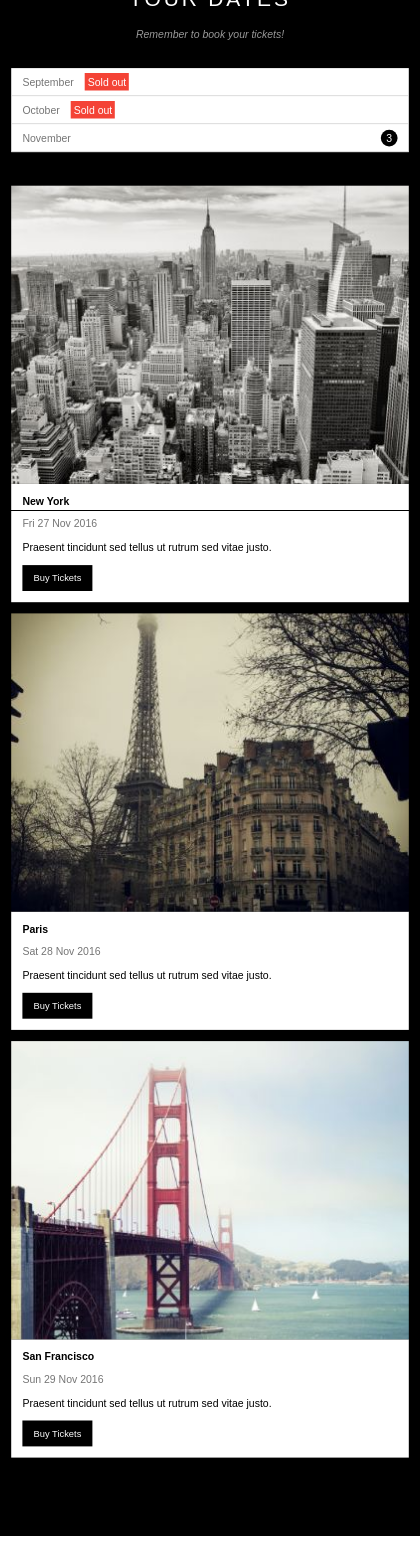
Repository: maivannhan1998/git-w3band
Page: index.html
These files come from the project's save history. The page is drawn as it stood at one moment and after the next save; the edit follows.
The browser window is 600 px wide. The pictures show the part of the page from y = 2175 to 4415 px (the page is 5319 px tall before and 5303 px after), at 70% of full size.

Above is the page before, as saved 2021-09-11 10:31:57.

### index.html

<!DOCTYPE html>
<html lang="en">
<head>
    <meta charset="UTF-8">
    <meta http-equiv="X-UA-Compatible" content="IE=edge">
    <meta name="viewport" content="width=device-width, initial-scale=1.0">
    <title>Document</title>
    <link rel="stylesheet" href="./asset/css/style.css">
    <link rel="stylesheet" href="./asset/css/responsive.css">
    <link rel="stylesheet" href="./asset/fontss/themify-icons/themify-icons.css">
</head>
<body>
    <div id="main">
        <div id="header">
            <!-- Begin: nav -->
            <ul id="nav">
                <li><a href="#">Home</a></li>
                <li><a href="#tour">Tour</a></li>
                <li><a href="#band">Band</a></li>
                <li><a href="#contact">Contact</a></li>
                <li><a href="#">
                    More
                    <i class="nav-arrow-down ti-angle-down"></i>
                </a>
                    <ul class="subnav">
                        <li><a href="#">Merchandise</a></li>
                        <li><a href="#">Extras</a></li>
                        <li><a href="#">Media</a></li>
                    </ul>
                </li>
            </ul>
            <!-- End: nav -->

            <!-- Begin: Search button -->
            <div class="search-btn">
                <i class="search-icon ti-search"></i>
            </div>

            <div id="mobile-menu" class="mobile-menu-btn">
                <i class="menu-icon ti-menu"></i>
            </div>
            <!-- End: Search button -->


        </div>

        <div id="slider">
            <div class="text-content">
                <h2 class="text-heading">New York</h2>
                <div class="text-des">The atmosphere in New York is lorem ipsum.</div>
            </div>
        </div>

        <div id="content">
            <!-- About section -->
            <div id="band" class="content-section">
                <h2 class="heading-section">THE BAND</h2>
                <p class="heading-sub-section">We love music</p>
                <p class="about-text">We have created a fictional band website. Lorem ipsum dolor sit amet, consectetur adipiscing elit, sed do eiusmod tempor incididunt ut labore et dolore magna aliqua. Ut enim ad minim veniam, quis nostrud exercitation ullamco laboris nisi ut aliquip ex ea commodo consequat. Duis aute irure dolor in reprehenderit in voluptate velit esse cillum dolore eu fugiat nulla pariatur. Excepteur sint occaecat cupidatat non proident, sunt in culpa qui officia deserunt mollit anim id est laborum consectetur adipiscing elit, sed do eiusmod tempor incididunt ut labore et dolore magna aliqua. Ut enim ad minim veniam, quis nostrud exercitation ullamco laboris nisi ut aliquip ex ea commodo consequat.</p>
                <div class="row members-list">
                    <div class="member-item col col-third text-center">
                         <p class="member-name">Name</p>
                         <img src="./asset/img/band/member1.jpg" alt="Name" class="member-img">
                    </div>
                    <div class="member-item col col-third text-center">
                        <p class="member-name">Name</p>
                        <img src="./asset/img/band/member1.jpg" alt="Name" class="member-img">
                   </div>
                   <div class="member-item col col-third text-center">
                        <p class="member-name">Name</p>
                        <img src="./asset/img/band/member1.jpg" alt="Name" class="member-img">
                    </div>


                </div>
            </div>

            <!--Tour section  -->
            <div id="tour" class="tour-section">

                <div class="content-section">
                    <h2 class="heading-section text-white">TOUR DATES</h2>
                    <p class="heading-sub-section text-white">Remember to book your tickets!</p>
                    <ul class="tickets-list">
                        <li>September<span class="sold-out">Sold out</span></li>
                        <li>October<span class="sold-out">Sold out</span></li>
                        <li>November<span class="quanity">3</span></li>
                    </ul>

                    <!-- Place section -->
                    <div class="row places-list">
                        <div class="place-item col col-third ">
                            <img src="./asset/img/places/newyork.jpg" alt="New York" class="place-img">
                            <div class="place-content">
                                <h3 class="place-heading">New York</h3>
                                <p class="place-time">Fri 27 Nov 2016</p>
                                <p class="place-des">Praesent tincidunt sed tellus ut rutrum sed vitae justo.</p>
                                <button class="place-buy-btn js-buy-ticket">Buy Tickets</button>
                            </div>
                        </div>

                        <div class=" place-item col col-third ">
                            <img src="./asset/img/places/paris.jpg" alt="Paris" class="place-img">
                            <div class="place-content">
                                <h3 class="place-heading">Paris</h3>
                                <p class="place-time">Sat 28 Nov 2016</p>
                                <p class="place-des">Praesent tincidunt sed tellus ut rutrum sed vitae justo.</p>
                                <button class="place-buy-btn js-buy-ticket">Buy Tickets</button>
                            </div>
                        </div>

                        <div class=" place-item col col-third ">
                            <img src="./asset/img/places/sanfran.jpg" alt="San Francisco" class="place-img">
                            <div class="place-content">
                                <h3 class="place-heading">San Francisco</h3>
                                <p class="place-time">Sun 29 Nov 2016</p>
                                <p class="place-des">Praesent tincidunt sed tellus ut rutrum sed vitae justo.</p>
                                <button class="place-buy-btn js-buy-ticket">Buy Tickets</button>
                            </div>
                        </div>


                    </div>
                </div>


            </div>

            <!-- Contact section -->

            <div id="contact" class="content-section">
                <h2 class="heading-section">CONTACT</h2>
                <p class="heading-sub-section">Fan? Drop a note!</p>


                <div class="row contact-content">
                    <div class="col col-half contact-info">
                           <p><i class="ti-location-pin"></i>Chicago, US</p>
                           <p><i class="ti-mobile"></i>Phone: +00 151515</p>
                           <p><i class="ti-email"></i>Email: mail@mail.com</p>
                    </div>
                    <div class="col col-half contact-form">
                        <form action="">
                            <div class="row">
                                   <div class="col col-half">
                                       <input type="text" name="" placeholder="Name" required  id="contact-name" class="form-control">
                                   </div>
                                   <div class="col col-half">
                                       <input type="email" name="" placeholder="Email" required id="contact-email" class="form-control">
                                   </div>
                                   <!-- <div class="clear"></div> -->
                            </div>
                            <div class="row mt-8">
                               <div class="col col-full">
                                   <input type="text" name="" placeholder="Message" id="contact-message" required class="form-control">
                               </div>
                            </div>
                            <input class="form-submit-btn mt-16" type="submit" value="SEND">

                        </form>
                    </div>
                </div>
            </div>

            <!-- End contact section -->

            <div class="map-section">
                <img src="./asset/img/map.jpg" alt="Map">
            </div>



        </div>

        <div id="footer">
            <div class="social-list">
                <a href=""><i class="ti-facebook"></i></a>
                <a href=""><i class="ti-instagram"></i></a>
                <a href=""><i class="ti-github"></i></a>
                <a href=""><i class="ti-pinterest"></i></a>
                <a href=""><i class="ti-twitter"></i></a>
                <a href=""><i class="ti-linkedin"></i></a>
            </div>
            <p class="copyright">Powered by <a href="">w3.css</a></p>
        </div>
    </div>

    <div class="modal js-modal">
        <div class= "modal-container js-modal-container">
            <div class="modal-close js-modal-close">
                <i class="ti-close"></i>
            </div>
            <header class="modal-header">
                <i class="modal-tibag-icon ti-bag"></i>
                Tickets
            </header>

            <div class="modal-body">
                <label for="ticket-quanity" class="modal-label">
                    <i class="ti-shopping-cart"></i>
                    Tickets, $15 per person
                </label>
                <input id="ticket-quanity" type="text" class="modal-input" placeholder="How many?">

                <label for="ticket-email" class="modal-label">
                    <i class="ti-user"></i>
                    Send to
                </label>
                <input id="ticket-email" type="email" class="modal-input" placeholder="Enter mail...">

                <button id="buy-tickets">
                    Pay <i class="ti-check"></i>
                </button>


            </div>

            <footer class="modal-footer">
                <p class="modal-help">Need <a href="">help?</a></p>
            </footer>
        </div>
    </div>

 <script>
        const buyBtns = document.querySelectorAll('.js-buy-ticket')
        const modal = document.querySelector('.js-modal')
        const modalContainer = document.querySelector('.js-modal-container')
        const modalClose = document.querySelector('.js-modal-close')

        function showBuyTickets() {
            modal.classList.add('open')
        }
        function hiddenBuyTickets() {
            modal.classList.remove('open')
        }

        for ( const buyBtn of buyBtns) {
            buyBtn.addEventListener('click', showBuyTickets )
        }

        modalClose.addEventListener('click', hiddenBuyTickets)

        modal.addEventListener('click', hiddenBuyTickets)

        modalContainer.addEventListener('click', function(event){
            event.stopPropagation()
        })

    </script>

    <script>
        var header = document.getElementById('header');
        var mobileMenu = document.getElementById('mobile-menu');
        var headerHeight = header.clientHeight;

        // Đóng/mở mobile menu
        mobileMenu.onclick = function () {
           var isClose = header.clientHeight === headerHeight;
           if (isClose) {
               header.style.height = 'auto';
           } else {
               header.style.height = null;
           }
        }
        //tự động đóng khi chọn menu
        var menuItems = document.querySelectorAll('#nav li a[href*="#"]')
        for(var i = 0; i < menuItems.length; i++) {
            var menuItem = menuItems[i];

            menuItem.onclick = function(event){
                var isParentMenu = this.nextElementSibling && this.nextElementSibling.classList.contains('subnav');
                if(isParentMenu) {
                    event.preventDefault();
                } else {
                    header.style.height = null;
                }
            }

        }
    </script>

</body>
</html>

### asset/css/style.css
/* Reset CSS*/
*{
    padding: 0;
    margin: 0;
    box-sizing: border-box;
}

/* common */

.row {
    margin-left: -8px;
    margin-right: -8px;
}

.row::after {
    content: "";
    display: block;
    clear: both;
}

.col {
    float: left;
    padding-left: 8px;
    padding-right: 8px;
}

.col-third {
    width: 33.33333%;
}

.col-half {
    width: 50%;
}

.col-full {
    width: 100%;
}

.text-center {
    text-align: center !important;
}

.clear {
    clear: both;
}

.text-white {
    color: #fff !important;
}

.mt-8 {
    margin-top: 8px;
}

.mt-16 {
    margin-top: 16px;
}

html{
    font-family: Arial, Helvetica, sans-serif;
    scroll-behavior: smooth;

}

#main{

}

#header{
    position: fixed;
    top: 0;
    left: 0;
    right: 0;
    height: 46px;
    background-color: #000;
    z-index: 1;

}

#nav {
    display: inline-block ;
}

#nav, .subnav {
    list-style-type: none;
}

#nav > li {
    display: inline-block;
}

#nav li{
    position: relative;

}

#nav > li > a {
    color: #fff;
    text-transform: uppercase;
}

#nav li a {
    padding: 0 24px;
    line-height: 46px;
    display: block;
    text-decoration: none;
}
#nav .subnav li:hover a,
#nav > li:hover > a {
    color: #000;
    background-color: #ccc;
}

#nav .subnav {
    display: none;
    position: absolute;
    top: 100%;
    left: 0;
    min-width: 160px;
    background-color: #fff;
    box-shadow: 0 0 10px rgba(0, 0, 0, 0.3);
}

#nav .subnav a {
    color: #000;
    padding: 0 12px;
    line-height: 38px;

}

#nav li:hover .subnav {
    display: block;
}

.nav-arrow-down {
    font-size: 14px;
}

#header .mobile-menu-btn {
    position: absolute;
    top: 0;
    right: 0;
    display: none;
}

#header .mobile-menu-btn,
#header .search-btn {
    float: right;
    padding: 0px 21px;
}

#header .mobile-menu-btn:hover {
    background-color: #ccc;
}

#header .mobile-menu-btn:hover .menu-icon {
    color: #000;
}

#header .search-btn:hover  {
    cursor: pointer;
    background-color: #f44336;
}
#header .menu-icon,
#header .search-icon {
    color: #fff;
    font-size: 20px;
    line-height: 46px;
}

#slider{
   margin-top: 45px;
   /* chỉ số % chiều ngang của chính nó (chiều cao lun bằng 1/2 chiều ngang) */
   position: relative;
   padding-top: 50%;
   background: url('../img/slider/slider1.jpg') top center / cover no-repeat;
}

#slider .text-content {
    position: absolute;
    bottom: 47px;
    color: #fff;
    width: 100%;
    /* left: 50%;
   transform: translateX(-50%); */
   text-align: center;

}

#slider .text-heading {
    font-weight: 500;
    font-size: 24px;
}

#slider .text-des {
    font-size: 15px;
    margin-top: 25px;
}

#content{

}

#content .content-section {
    width: 800px;
    padding: 64px 0 112px;
    margin-left: auto;
    margin-right: auto;
    /*responsive */
    max-width: 100%;
    padding-left: 16px;
    padding-right: 16px;

}

#content .heading-section {
    text-align: center;
    font-size: 30px;
    font-weight: 500;
    letter-spacing: 4px;
}

#content .heading-sub-section {
    text-align: center;
    font-size: 15px;
    margin-top: 25px;
    font-style: italic;
    opacity: 0.6;
}

#content .about-text {
    margin-top: 25px;
    text-align: justify;
    font-size: 15px;
    line-height: 1.5;
}

#content .members-list {
    margin-top: 48px;
}



#content .member-name {
    font-size: 15px;
}

#content .member-img {
    width: 154px;
    margin-top: 15px ;
    border-radius: 4px;

}

/* tour section */

.tour-section {
    background-color: #000;
}

.tickets-list {
    margin-top: 40px;
    list-style-type: none;
    background-color: #fff;

}

.tickets-list li {
    color: #757575;
    font-size: 15px;
    padding: 11px 16px;
    border-bottom: 1px solid #ccc;
}

.tickets-list .sold-out {
    color: #fff;
    background-color: #f44336;
    padding: 4px 4px;
    margin-left: 16px;
}

.tickets-list .quanity {
    float: right;
    color: #fff;
    background-color: #000;
    width: 24px;
    height: 24px;
    border-radius: 50%;
    text-align: center;
    margin-top: -3px;
    line-height: 24px;
}

.places-list {
    margin-top: 32px;

}

.place-img{
    width: 100%;
    display: block;
}

.place-img:hover {
    opacity: 0.6;
}

.place-content{
background-color: #fff;
padding: 16px;
font-size: 15px;
}

.place-heading{
    font-size: 15px;
}

.place-time{
    margin-top: 15px;
    color: #757575;
}

.place-des{
    margin: 15px 0;
    line-height: 1.4;
}

.place-buy-btn{
    color: #fff;
    background-color: #000;
    text-decoration: none;
    padding: 11px 16px;
    display: inline-block;
    border: none;
}

.place-buy-btn:hover {
    color: #000;
    background-color: #ccc;
}

/* contact form */

.contact-content {
    margin-top: 48px;
}

.contact-info {
    font-size: 18px;
}

.contact-info i[class*="ti-"]{
    width: 30px;
    display: inline-block;
    line-height: 1.5;
}

.contact-form {
    font-size: 15px;
}

.contact-form .form-control {
    padding: 10px;
    border: 1px solid #ccc;
    width: 100%;
}

.form-submit-btn {
    padding: 10px 16px;
    float: right;
    color: #fff;
    background: #000;
    border: none;
}

.form-submit-btn:hover {
    color: #000;
    background-color: #ccc;
}

.map-section img {
    width: 100%;
}

/* Footer section */

#footer{
    padding: 64px 16px;
    text-align: center;
}

#footer .social-list {
    font-size: 24px;
}

#footer .social-list a {
    color: rgba(0, 0, 0, 0.6);
    text-decoration: none;
}
#footer .copyright a:hover,
#footer .social-list a:hover {
    color: rgba(0, 0, 0, 0.4);
}
#footer .copyright a {
    margin-top: 15px;
    color: rgba(0, 0, 0, 0.6);
}

.modal {
    position: fixed;
    top: 0;
    left: 0;
    right: 0;
    bottom: 0;
    background-color: rgba(0, 0, 0, 0.4);
    align-items: center;
    justify-content: center;
    display: none;
}

.modal.open {
    display: flex;
}

.modal-container {
    background: #fff;
    width: 900px;
    max-width: calc(100% - 32px);
    min-height: 200px;
    position: relative;
    animation: mymove ease 0.5s;
}

.modal-header {
    display: flex;
    align-items: center;
    justify-content: center;
    font-size: 30px;
    color: #fff;
    background-color: #009688;
    min-height: 130px;
    letter-spacing: 4px;
}

.modal-tibag-icon {
    margin-right: 16px;
}

.modal-close {
    position: absolute;
    right: 0;
    top: 0;
    padding: 17px 15px;
    color: #fff;
    cursor: pointer;

}

.modal-close:hover {
    color: #000;
    background-color: #ccc;
}

.modal-body {
    padding: 16px;
}

.modal-label {
    display: block;
    font-size: 15px;
    margin-bottom: 12px;
}

.modal-input {
    border: 1px solid #ccc;
    padding: 11px;
    width: 100%;
    font-size: 15px;
    margin-bottom: 24px;
}

#buy-tickets {
    width: 100%;
    color: #fff;
    background-color: #009688;
    border: none;
    padding: 19px;
    text-transform: uppercase;
    font-size: 15px;
    cursor: pointer;
}

#buy-tickets:hover {
    color: #000;
    background-color: #ccc;
}

.modal-footer {
    padding: 16px;
    float: right;
    font-size: 15px;
}

.modal-footer a {
    color: #2196f3;
    cursor: pointer;
}

@keyframes mymove {
    from{
        transform: translateY(-140px);
        opacity: 0;
    }

    to{
        transform: translateY(0);
        opacity: 1;
    }


}

### asset/css/responsive.css
/* PC */
@media (min-width: 1024px) {

}

/* Tablet */
@media (min-width: 740px) and (max-width: 1023px) {

}

/* Mobile */
@media (max-width: 739px) {

   #header {
       overflow: hidden;
   }

    #header .mobile-menu-btn {
    display: block;
    }

    #header .search-btn {
        display: none;
    }

    #nav {
        display: block;
    }

    #nav .subnav {
        position: initial;
        background-color: #333;
    }

    #nav .subnav a {
        color: #fff;
        padding: 5px 41px;
    }

    #nav li {
        display: block;
    }

    #nav > li:first-child {
        display: inline-block;
    }

    #content .member-item {
        padding-top: 30px ;
        width: 100%;
    }

    #content .member-img {
        width: 60%;
    }

    #content .place-item {
        width: 100%;
        padding-top: 16px;
    }
}

Loaded but not shown: asset/fontss/themify-icons/themify-icons.css (common file)

After the next save:
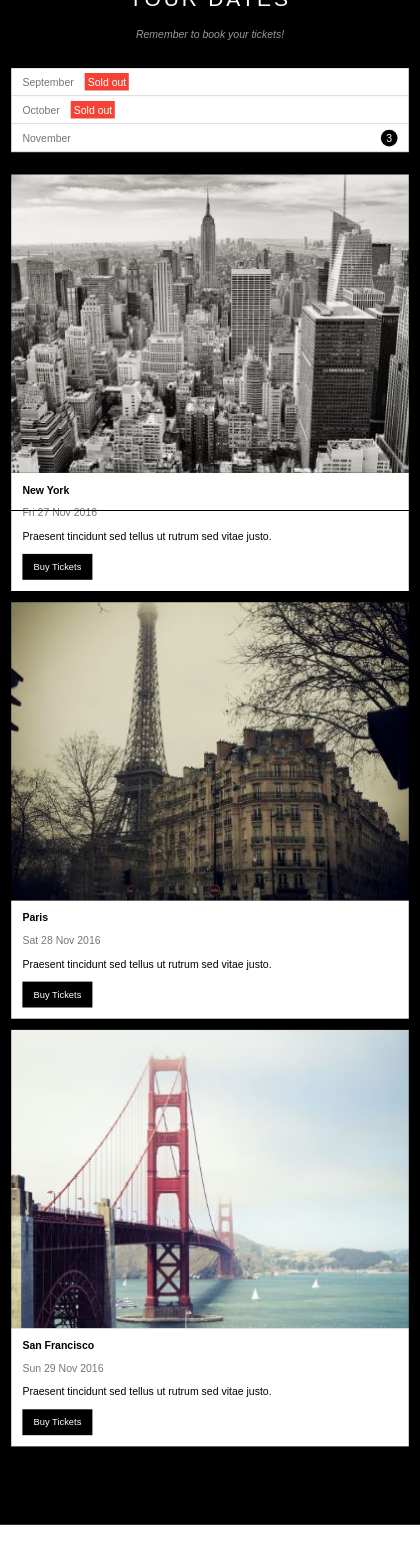
Saved 6 min 48 s later.
--- a/asset/css/responsive.css
+++ b/asset/css/responsive.css
@@ -54,6 +54,10 @@
         width: 60%;
     }
 
+    #content .places-list {
+        margin-top: 16px;
+    }
+
     #content .place-item {
         width: 100%;
         padding-top: 16px;
